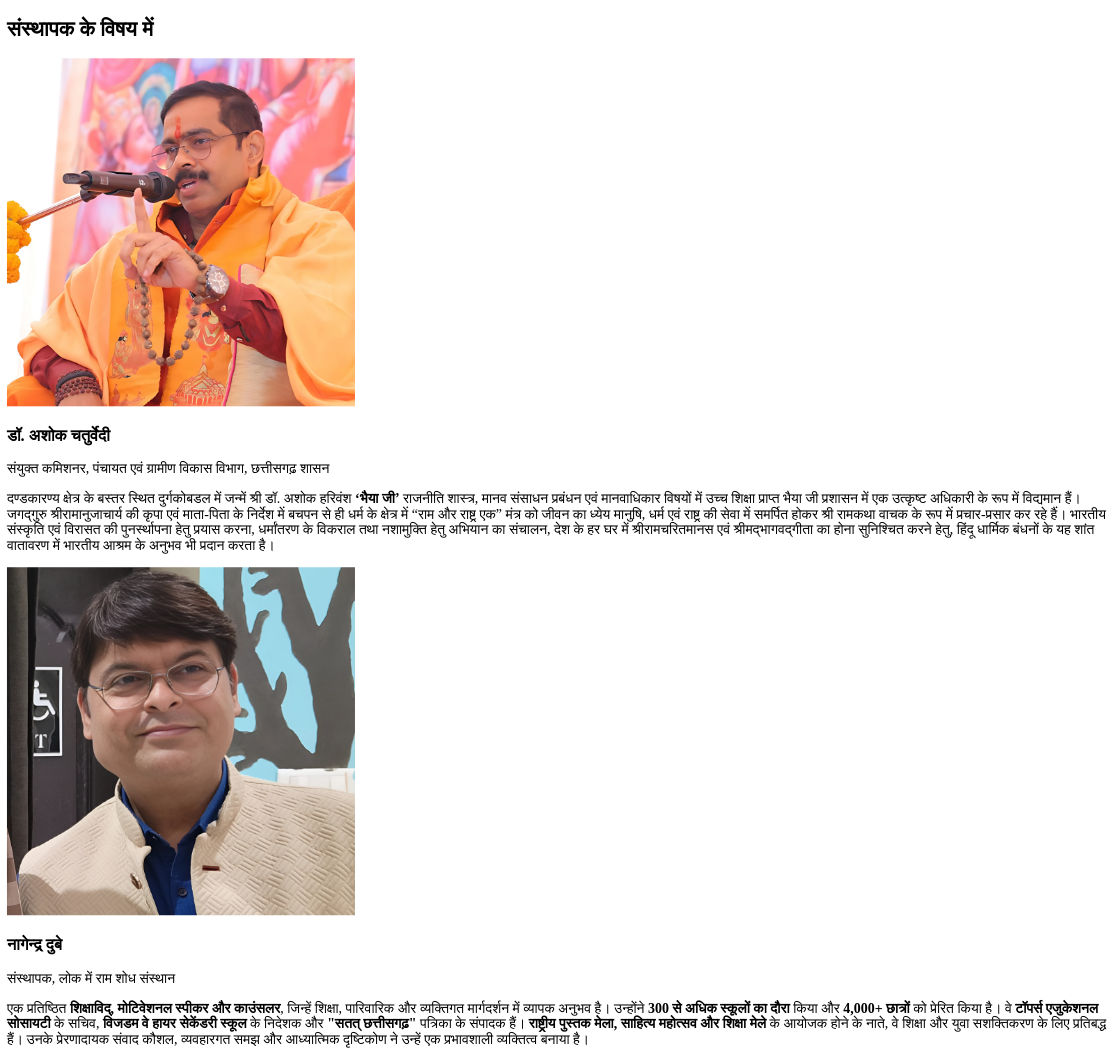
Repository: as-avni/lokmeeram
Page: /founder
These files come from the project's save history. The page is drawn as it stood at one moment and after the next save; the edit follows.
The browser window is 1280 px wide. The pictures show the whole page, at 87% of full size.
The project was rebuilt for these pictures with package versions that can differ from the ones it lists, and the page was loaded fresh each time. The framework's server and built-in components were replaced by stand-ins that run in the browser. Also part of the build but not shown: next.config.ts.

Above is the page before, as saved 2025-06-27 05:28:21.

### src/app/founder/page.tsx
import Image from "next/image"
import { Card, CardContent } from "@/components/ui/card"

export default function Founders() {
    return (
        <section id="team" className="px-4 py-12 md:py-16 bg-[url('/images/background/team-bg.png')] bg-blend-color-burn bg-cover bg-center bg-no-repeat">
        <div className="max-w-6xl mx-auto">
            <h1 className="text-3xl text-black text-center md:text-5xl px-20 font-bold mb-2 md:mb-4 mt-20">
                <span className="text-orange-600">
                संस्थापक </span> के
                विषय में
            </h1>

        <div className="grid grid-cols-1 md:grid-cols-2 gap-8 max-w-4xl mx-auto mt-5 md:mt-10">
        <Card className="bg-orange-200 shadow-lg shadow-black">
            <CardContent className="p-6">
            <div className="aspect-square relative mb-4 rounded-lg overflow-hidden">
                <Image
                src="/images/about-team/2.png"
                alt="Team member"
                width={400}
                height={400}
                className="object-cover rounded-full"
                />
            </div>
            <h3 className="text-2xl font-bold mb-1 text-center font-[Poppins]">डॉ. अशोक चतुर्वेदी</h3>
            <p className="text-lg font-semibold text-gray-800 mb-2 prose text-justify">संयुक्त
            कमिशनर, पंचायत एवं ग्रामीण विकास विभाग, छत्तीसगढ़ शासन</p>
            <p className="text-lg text-gray-500 prose text-justify">दण्डकारण्य क्षेत्र के बस्तर स्थित दुर्गकोबडल में जन्में श्री डॉ. अशोक हरिवंश <strong> ‘भैया जी’</strong> राजनीति शास्त्र, मानव संसाधन प्रबंधन एवं मानवाधिकार विषयों में उच्च शिक्षा प्राप्त भैया जी प्रशासन में एक उत्कृष्ट अधिकारी के रूप में विद्यमान हैं।

जगद्गुरु श्रीरामानुजाचार्य की कृपा एवं माता-पिता के निर्देश में बचपन से ही धर्म के क्षेत्र में “राम और राष्ट्र एक” मंत्र को जीवन का ध्येय मानुषि, धर्म एवं राष्ट्र की सेवा में समर्पित होकर श्री रामकथा वाचक के रूप में प्रचार-प्रसार कर रहे हैं।

भारतीय संस्कृति एवं विरासत की पुनर्स्थापना हेतु प्रयास करना, धर्मांतरण के विकराल तथा नशामुक्ति हेतु अभियान का संचालन, देश के हर घर में श्रीरामचरितमानस एवं श्रीमद्भागवद्गीता का होना सुनिश्चित करने हेतु, हिंदू धार्मिक बंधनों के यह शांत वातावरण में भारतीय आश्रम के अनुभव भी प्रदान करता है।</p>
            </CardContent>
        </Card>

        <Card className="bg-orange-200 shadow-lg shadow-black">
            <CardContent className="p-6">
            <div className="aspect-square relative mb-4 rounded-lg overflow-hidden">
                <Image
                src="/images/about-team/3.png"
                alt="Team member"
                width={400}
                height={400}
                className="object-cover rounded-full"
                />
            </div>
            <h3 className="text-2xl font-bold mb-1 text-center font-[Poppins]">नागेन्द्र दुबे </h3>
            <p className="text-lg font-semibold text-gray-800 mb-2 prose text-center">संस्थापक, लोक में राम शोध संस्थान</p>
            <p className="text-lg text-gray-500 prose text-justify">एक प्रतिष्ठित <strong>शिक्षाविद्, मोटिवेशनल स्पीकर और काउंसलर</strong>, जिन्हें शिक्षा, पारिवारिक और व्यक्तिगत मार्गदर्शन में व्यापक अनुभव है। उन्होंने <strong>300 से अधिक स्कूलों का दौरा</strong> किया और <strong>4,000+ छात्रों</strong> को प्रेरित किया है। वे <strong>टॉपर्स एजुकेशनल सोसायटी</strong> के सचिव, <strong>विजडम वे हायर सेकेंडरी स्कूल</strong> के निदेशक और <strong>&quot;सतत् छत्तीसगढ़&quot;</strong> पत्रिका के संपादक हैं। <strong>राष्ट्रीय पुस्तक मेला, साहित्य महोत्सव और शिक्षा मेले</strong> के आयोजक होने के नाते, वे शिक्षा और युवा सशक्तिकरण के लिए प्रतिबद्ध हैं। उनके प्रेरणादायक संवाद कौशल, व्यवहारगत समझ और आध्यात्मिक दृष्टिकोण ने उन्हें एक प्रभावशाली व्यक्तित्व बनाया है।
            </p>
            </CardContent>
        </Card>
        </div>
    </div>
    </section>
    )
}

### src/components/ui/card.tsx
import * as React from "react"

import { cn } from "@/lib/utils"

const Card = React.forwardRef<
  HTMLDivElement,
  React.HTMLAttributes<HTMLDivElement>
>(({ className, ...props }, ref) => (
  <div
    ref={ref}
    className={cn(
      "rounded-xl bg-card text-card-foreground",
      className
    )}
    {...props}
  />
))
Card.displayName = "Card"

const CardHeader = React.forwardRef<
  HTMLDivElement,
  React.HTMLAttributes<HTMLDivElement>
>(({ className, ...props }, ref) => (
  <div
    ref={ref}
    className={cn("flex flex-col space-y-1.5 p-6", className)}
    {...props}
  />
))
CardHeader.displayName = "CardHeader"

const CardTitle = React.forwardRef<
  HTMLDivElement,
  React.HTMLAttributes<HTMLDivElement>
>(({ className, ...props }, ref) => (
  <div
    ref={ref}
    className={cn("font-semibold leading-none tracking-tight", className)}
    {...props}
  />
))
CardTitle.displayName = "CardTitle"

const CardDescription = React.forwardRef<
  HTMLDivElement,
  React.HTMLAttributes<HTMLDivElement>
>(({ className, ...props }, ref) => (
  <div
    ref={ref}
    className={cn("text-sm text-muted-foreground", className)}
    {...props}
  />
))
CardDescription.displayName = "CardDescription"

const CardContent = React.forwardRef<
  HTMLDivElement,
  React.HTMLAttributes<HTMLDivElement>
>(({ className, ...props }, ref) => (
  <div ref={ref} className={cn("p-6 pt-0", className)} {...props} />
))
CardContent.displayName = "CardContent"

const CardFooter = React.forwardRef<
  HTMLDivElement,
  React.HTMLAttributes<HTMLDivElement>
>(({ className, ...props }, ref) => (
  <div
    ref={ref}
    className={cn("flex items-center p-6 pt-0", className)}
    {...props}
  />
))
CardFooter.displayName = "CardFooter"

export { Card, CardHeader, CardFooter, CardTitle, CardDescription, CardContent }

Loaded but not shown: src/lib/utils.ts (common file)

After the next save:
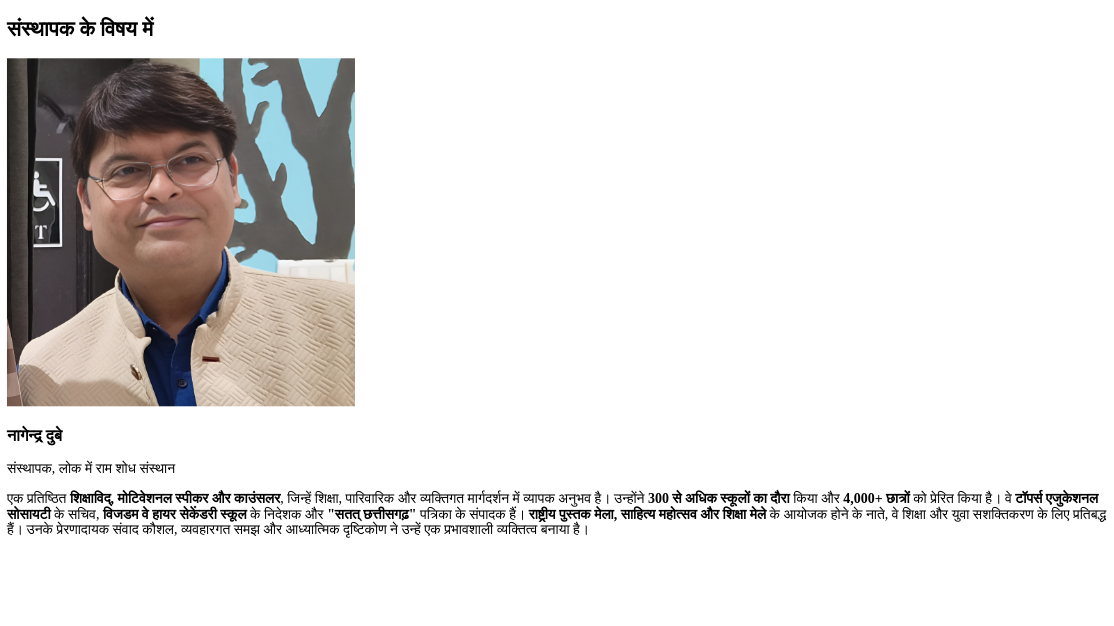
Saved 58 s later.
--- a/src/app/founder/page.tsx
+++ b/src/app/founder/page.tsx
@@ -12,7 +12,7 @@
             </h1>
 
         <div className="grid grid-cols-1 md:grid-cols-2 gap-8 max-w-4xl mx-auto mt-5 md:mt-10">
-        <Card className="bg-orange-200 shadow-lg shadow-black">
+        {/* <Card className="bg-orange-200 shadow-lg shadow-black">
             <CardContent className="p-6">
             <div className="aspect-square relative mb-4 rounded-lg overflow-hidden">
                 <Image
@@ -32,7 +32,7 @@
 
 भारतीय संस्कृति एवं विरासत की पुनर्स्थापना हेतु प्रयास करना, धर्मांतरण के विकराल तथा नशामुक्ति हेतु अभियान का संचालन, देश के हर घर में श्रीरामचरितमानस एवं श्रीमद्भागवद्गीता का होना सुनिश्चित करने हेतु, हिंदू धार्मिक बंधनों के यह शांत वातावरण में भारतीय आश्रम के अनुभव भी प्रदान करता है।</p>
             </CardContent>
-        </Card>
+        </Card> */}
 
         <Card className="bg-orange-200 shadow-lg shadow-black">
             <CardContent className="p-6">

After the save that followed:
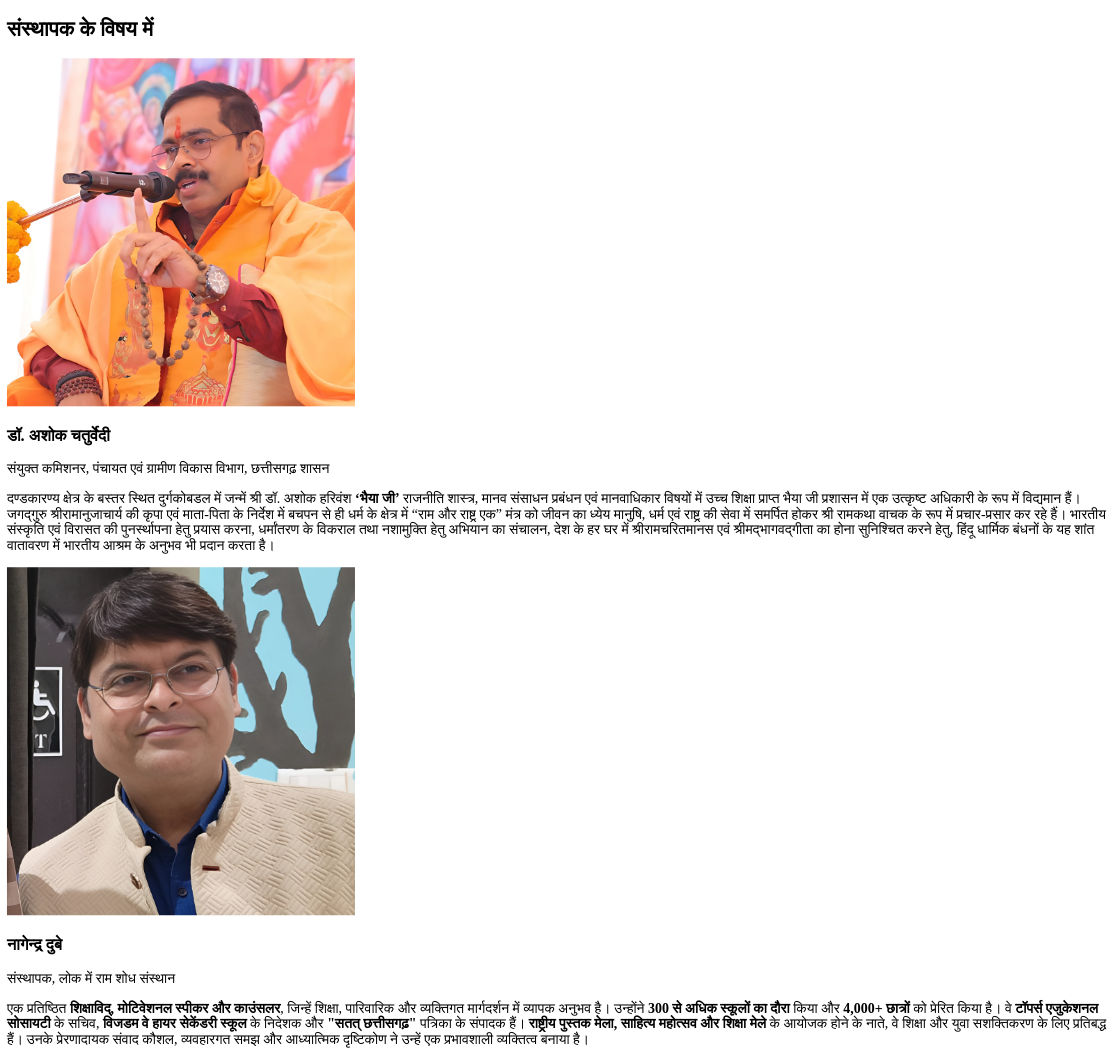
Saved 6 s later.
--- a/src/app/founder/page.tsx
+++ b/src/app/founder/page.tsx
@@ -12,7 +12,7 @@
             </h1>
 
         <div className="grid grid-cols-1 md:grid-cols-2 gap-8 max-w-4xl mx-auto mt-5 md:mt-10">
-        {/* <Card className="bg-orange-200 shadow-lg shadow-black">
+        <Card className="bg-orange-200 shadow-lg shadow-black">
             <CardContent className="p-6">
             <div className="aspect-square relative mb-4 rounded-lg overflow-hidden">
                 <Image
@@ -32,7 +32,7 @@
 
 भारतीय संस्कृति एवं विरासत की पुनर्स्थापना हेतु प्रयास करना, धर्मांतरण के विकराल तथा नशामुक्ति हेतु अभियान का संचालन, देश के हर घर में श्रीरामचरितमानस एवं श्रीमद्भागवद्गीता का होना सुनिश्चित करने हेतु, हिंदू धार्मिक बंधनों के यह शांत वातावरण में भारतीय आश्रम के अनुभव भी प्रदान करता है।</p>
             </CardContent>
-        </Card> */}
+        </Card>
 
         <Card className="bg-orange-200 shadow-lg shadow-black">
             <CardContent className="p-6">
